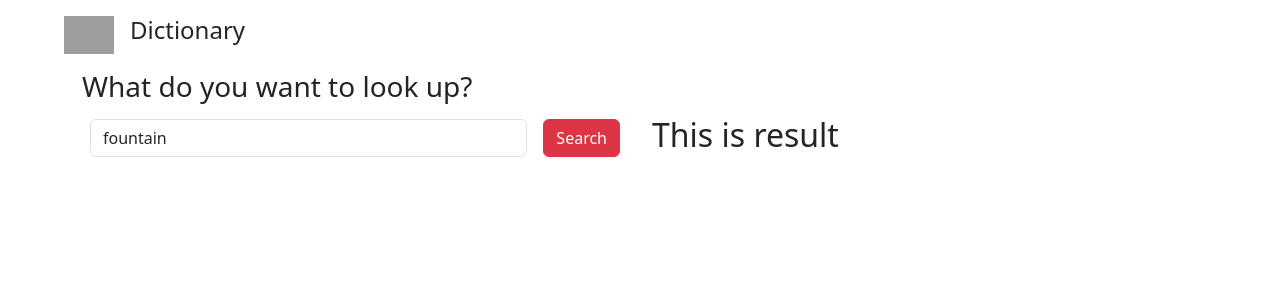
Repository: moehaymanmyint/react-dictionary-app
Page: /
An editor plug-in stored every save of this project. The page is shown before and after the next save, followed by the edit.
The browser window is 1280 px wide. The pictures show the whole page.
Pictures or frames that could not be fetched are drawn as grey boxes. The page's requests for data from a server got no answer. The project was rebuilt for these pictures with package versions that can differ from the ones it lists, and the page was loaded fresh each time. No one was signed in, and anything a server would have sent is missing.

Above is the page before, as saved 2024-08-28 10:48:54.

### src/App.js
import './App.css';
import 'bootstrap/dist/css/bootstrap.css';

import Search from "./Search"

function App() {
  return (
    <div className="App">
      {/* Logo */}
      <div className='logo m-3 mx-5 d-flex align-items-center'>
        <img src="https://th.bing.com/th/id/R.1ebe3e38406a8906121c9769e62adc3e?rik=d1hISy0qiMJ7Hg&pid=ImgRaw&r=0" alt="Logo" className='mx-3'/>
        <h4>Dictionary</h4>
      </div>

      <div className='container'>
        <Search />
      </div>
    </div>
  );
}

export default App;

### src/App.css
.App img{
    width: 50px;
}

### src/Search.js
import React, {useState} from "react";
import 'bootstrap/dist/css/bootstrap.css';
import axios from 'axios';
import Result from "./Result"

export default function Search(props){
    let [word, setWord] = useState('fountain');
    let [result, setResult] = useState(null);

    let apiUrl =  `https://api.shecodes.io/dictionary/v1/define?word=${word}&key=03aa5321feb0a48eoca7a4tede1f2bb1`;
    axios.get(apiUrl).then(handleResponse);

    function handleResponse(response){
        console.log(response);
    }

    function handleSubmit(event){
        event.preventDefault();
        alert("searching for " + word);
    }

    function updateWord(event){
        setWord(event.target.value);
    }

    return (
        <div className="Content">
            <h3>What do you want to look up?</h3>
            <div className="row d-flex">
                <div className="col-4 w-50">
                    <form onSubmit={handleSubmit} className="d-flex">
                        <input type="search" className="form form-control m-2" value={word} onChange={updateWord}/>
                        <input type="submit" value="Search" className="btn btn-danger m-2"/>
                    </form>
                </div>
                <div className="col-8 w-50">
                    <div className="meaning">
                        <Result results={result} />
                    </div>
                </div>
            </div>
        </div>
    );
}

### src/Result.js
import React from "react";

export default function Result(props){

    return (
        <div className="Result fs-2">
            This is result
        </div>
    )
}

Loaded but not shown: public/index.html (common file); src/index.js (common file); src/index.css (common file); src/reportWebVitals.js (common file)

After the next save:
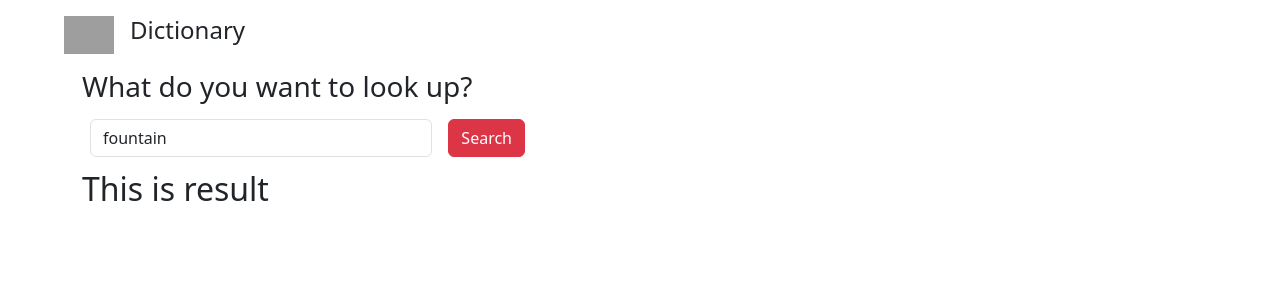
Saved 17 s later.
--- a/src/Search.js
+++ b/src/Search.js
@@ -27,13 +27,13 @@ export default function Search(props){
         <div className="Content">
             <h3>What do you want to look up?</h3>
             <div className="row d-flex">
-                <div className="col-4 w-50">
+                <div className="col-5">
                     <form onSubmit={handleSubmit} className="d-flex">
                         <input type="search" className="form form-control m-2" value={word} onChange={updateWord}/>
                         <input type="submit" value="Search" className="btn btn-danger m-2"/>
                     </form>
                 </div>
-                <div className="col-8 w-50">
+                <div className="col-8">
                     <div className="meaning">
                         <Result results={result} />
                     </div>
